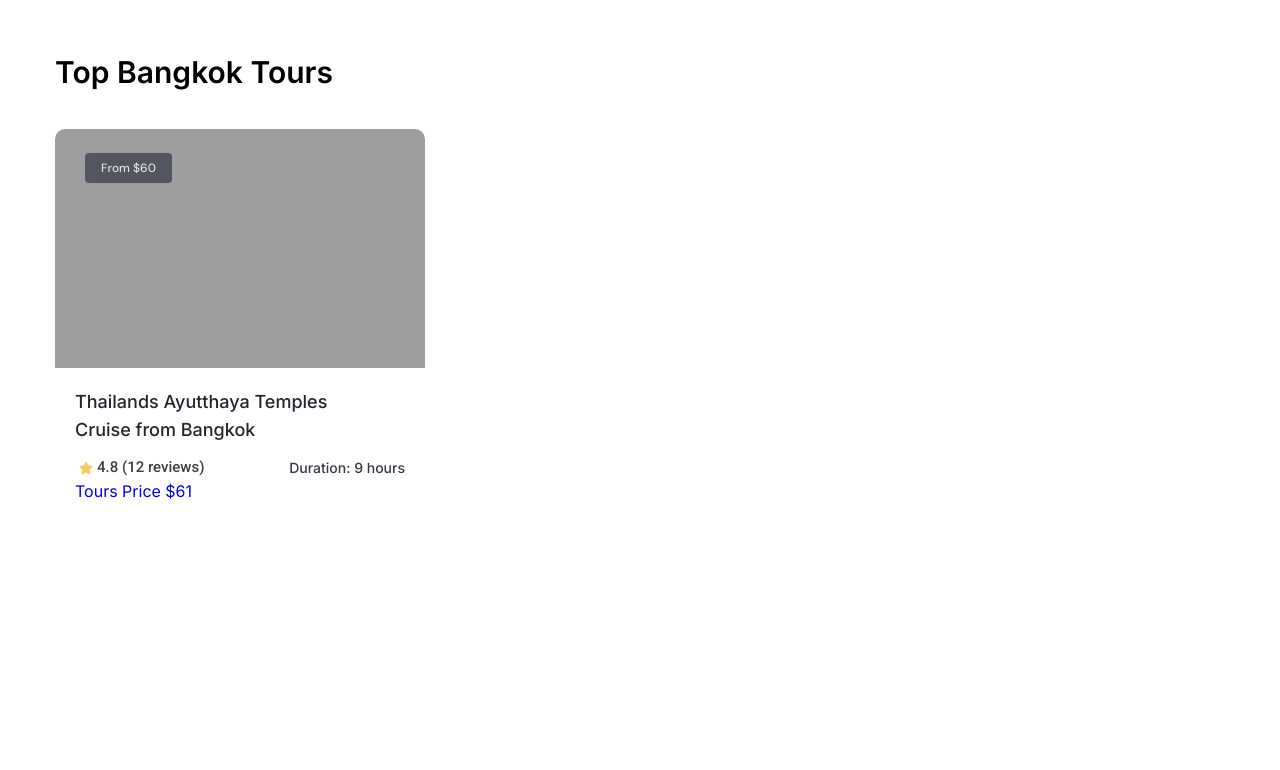
Repository: man0405/practice-web
Page: index.html
These files come from the project's save history. The page is drawn as it stood at one moment and after the next save; the edit follows.
The browser window is 1280 px wide. The pictures show the whole page.
Pictures or frames that could not be fetched are drawn as grey boxes. Some web fonts or font styles are not loaded; a fallback is used.

Above is the page before, as saved 2023-03-29 11:02:13.

After the next save:
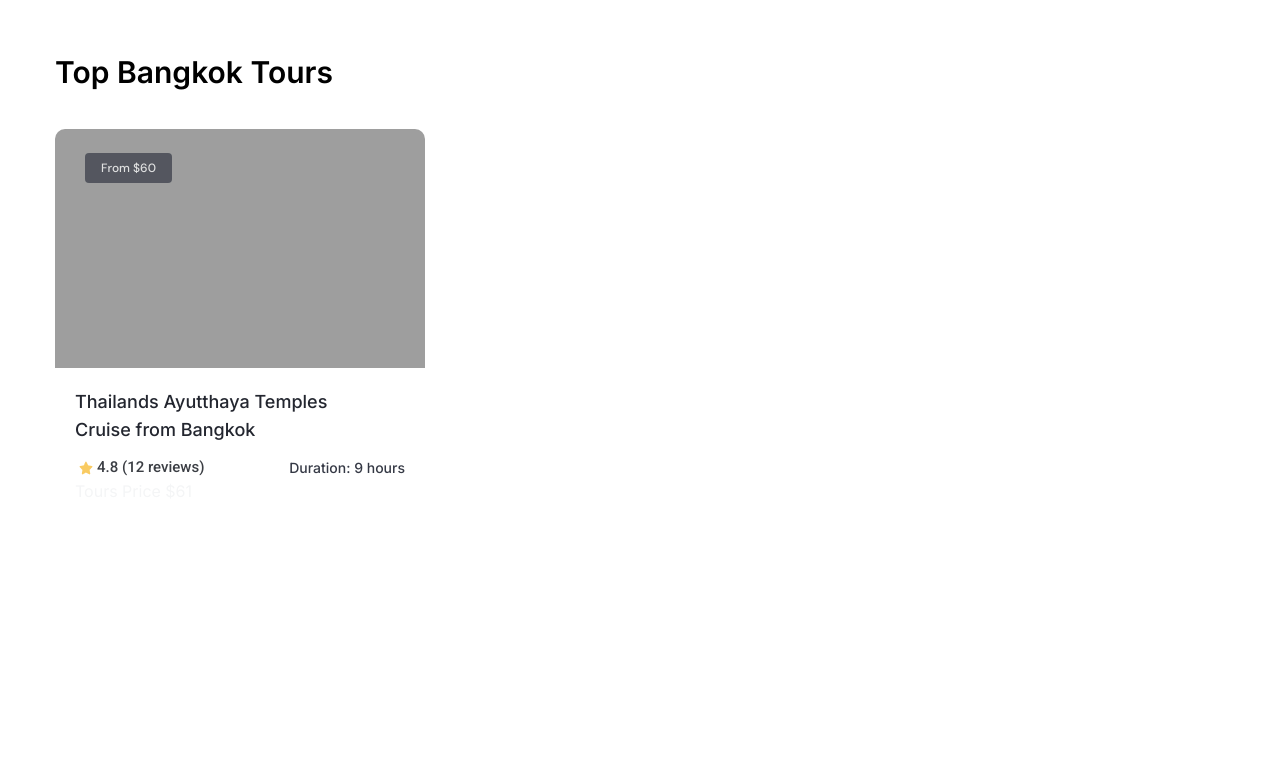
Saved 34 s later.
--- a/main.css
+++ b/main.css
@@ -22,6 +22,7 @@ body {
 
 :root {
   --text-color: #fcfcfd;
+  --primary-color: #3b71fe;
   --gray-1: #23262f;
   --gray-2: #353945;
   --gray-6: #f4f5f6;
@@ -124,4 +125,6 @@ body {
 
 .tour-button {
   text-decoration: none;
+  color: var(--gray-6);
+  background-color: ;
 }
